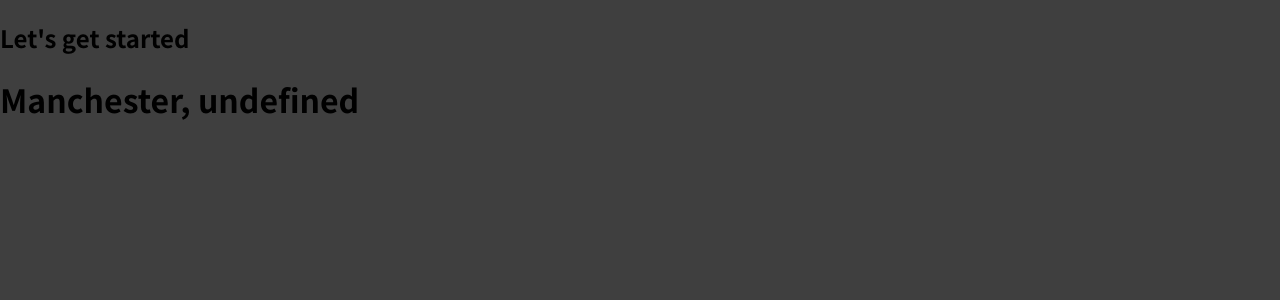
Repository: runner855/expense-tracker
Page: /
The author's editor kept a copy of each file at every save. The page is drawn from the files as they stood at one save, then again after the next save.
The browser window is 1280 px wide. The pictures show the whole page.
The project was rebuilt for these pictures with package versions that can differ from the ones it lists, and the page was loaded fresh each time. Also part of the build but not shown: src/styles/ExpenseItem.css.

Above is the page before, as saved 2022-09-02 12:51:51.

After the next save:
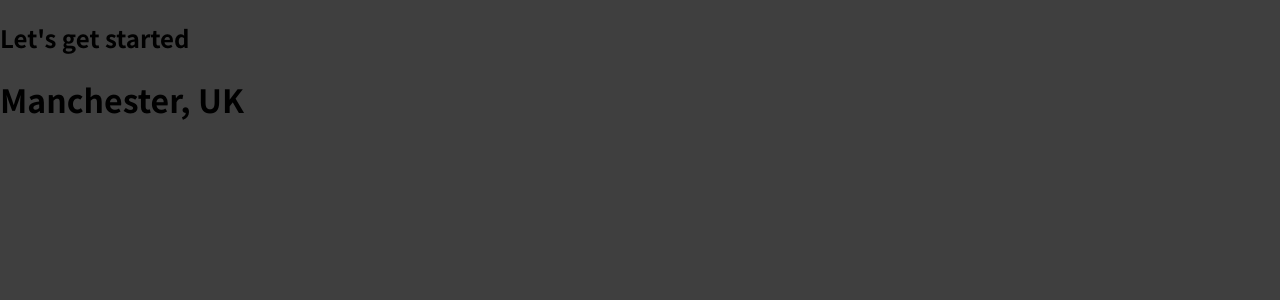
Saved 23 s later.
--- a/src/components/App.js
+++ b/src/components/App.js
@@ -12,7 +12,7 @@ const App = (props) => {
   return (
     <div className="App">
       <h2>Let's get started</h2>
-      <ExpenseItem city={props.location.city} />
+      <ExpenseItem city={props.location.city} country={props.location.country} />
 
 
 
